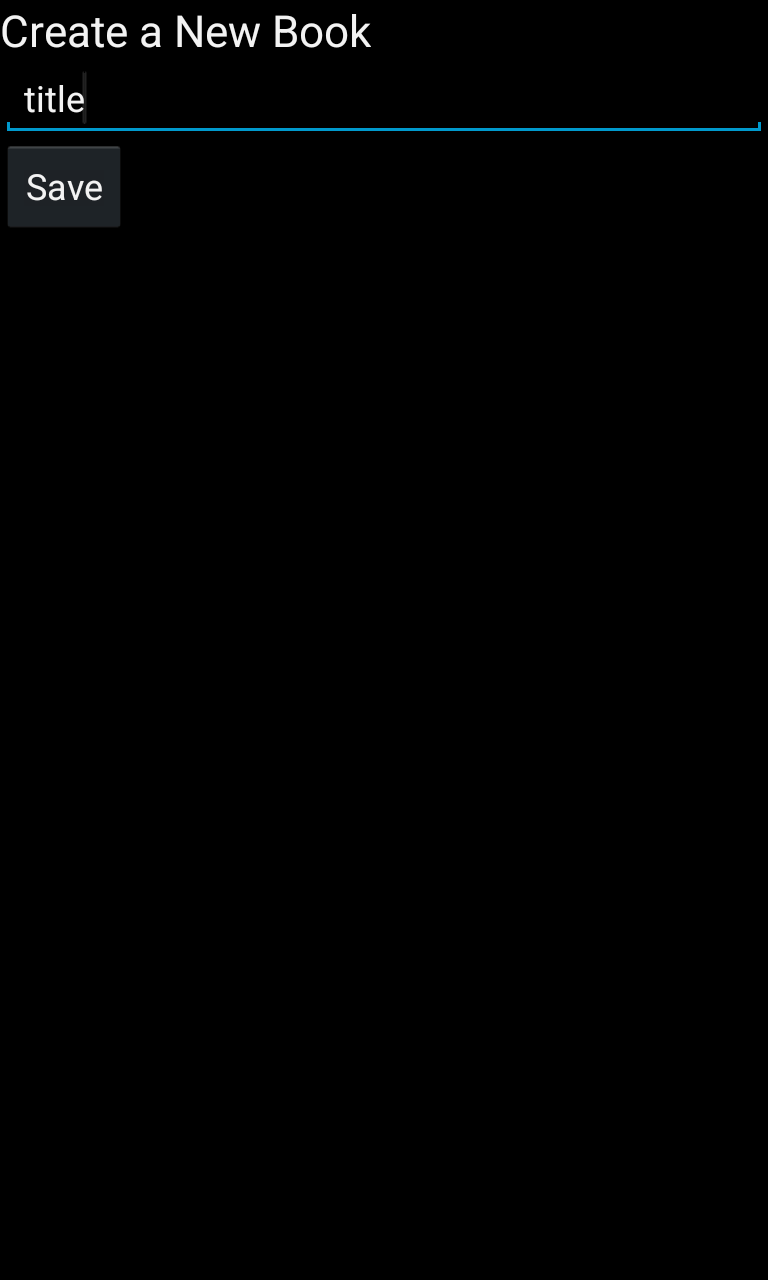
Repository: ringe/andra
Layout: Bookie/res/layout/newbook.xml
The author's editor kept a copy of each file at every save. The layout is drawn from the files as they stood at one save, then again after the next save.
It is drawn on a 768 x 1280 px phone screen (xhdpi) without system bars, with theme android:Theme.Holo; the app's code is not run.

Above is the layout before, as saved 2012-02-28 11:59:35.

After the next save:
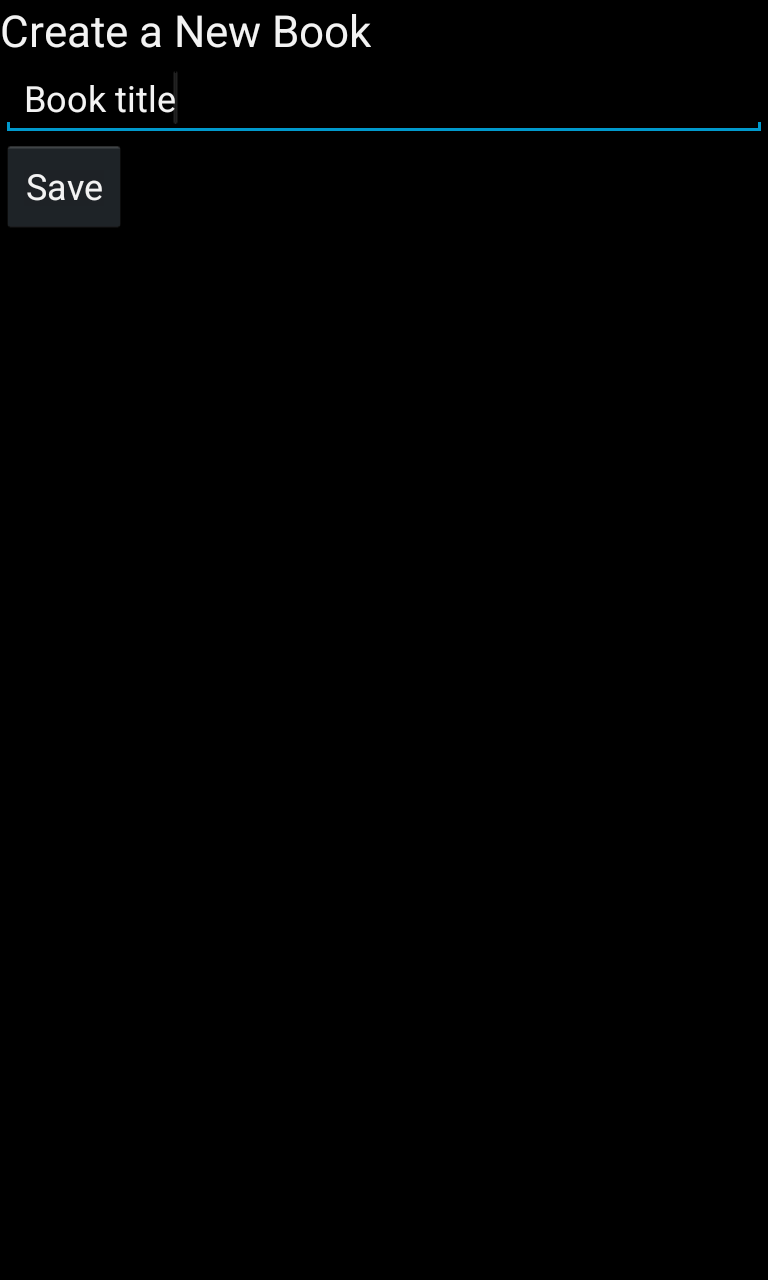
Saved 9 s later.
--- a/Bookie/res/layout/newbook.xml
+++ b/Bookie/res/layout/newbook.xml
@@ -15,7 +15,7 @@
         android:id="@+id/title"
         android:layout_width="match_parent"
         android:layout_height="wrap_content"
-        android:text="title" >
+        android:text="Book title" >
 
         <requestFocus />
     </EditText>
